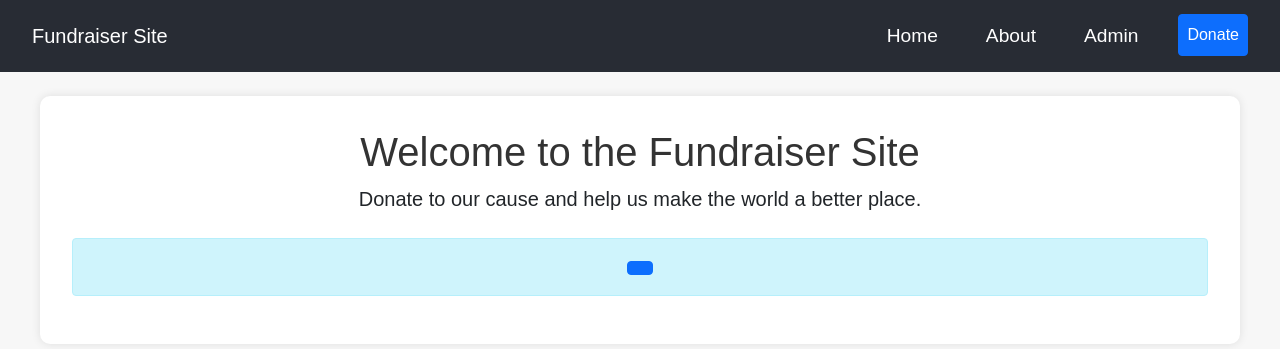
Repository: DragonFruit8/Fundraiser-Page
Page: /
These files come from the project's save history. The page is drawn as it stood at one moment and after the next save; the edit follows.
The browser window is 1280 px wide. The pictures show the whole page.
The project was rebuilt for these pictures with package versions that can differ from the ones it lists, and the page was loaded fresh each time. Also part of the build but not shown: src/pages/About.js, src/pages/Donate.js, src/pages/Admin.js.

Above is the page before, as saved 2024-07-19 14:14:20.

After the next save:
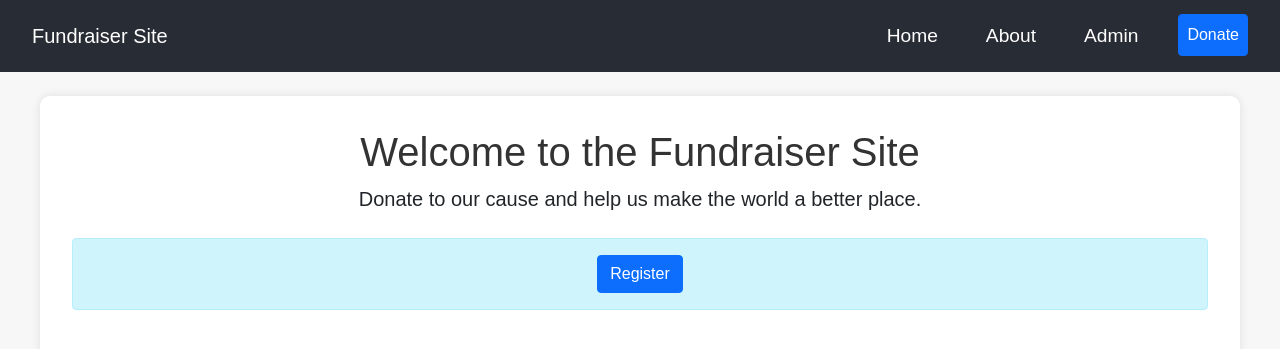
Saved 8 s later.
--- a/src/pages/HomeContainer.js
+++ b/src/pages/HomeContainer.js
@@ -40,7 +40,7 @@ const HomeContainer = () => {
             <p className="lead">Donate to our cause and help us make the world a better place.</p>
             <div className="alert alert-info mt-4" role="alert">
             <button type="button" className="btn btn-primary" data-bs-toggle="modal" data-bs-target="#exampleModal">
-
+                Register
                 </button>
             </div>
 
